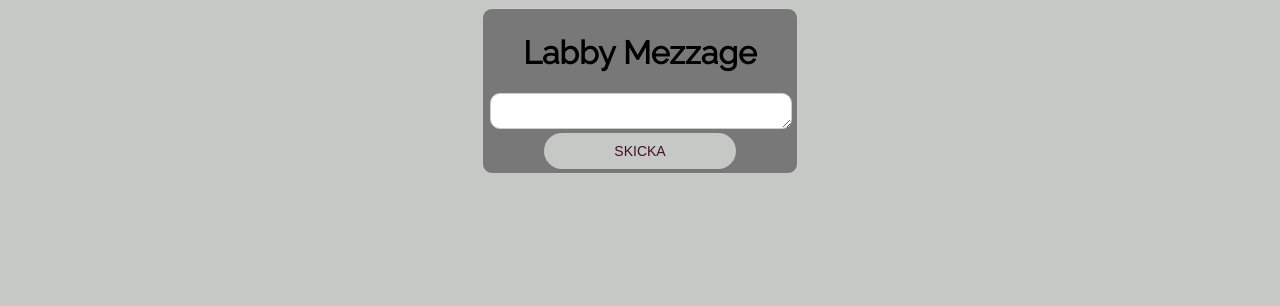
Repository: Angamanga/1dv403-laborationer
Page: 2-labbymezzage/index.html
The author's editor kept a record of every edit. The page is drawn from the files as they stood at one moment, then again after the next edit.
The browser window is 1280 px wide. The pictures show the whole page.
Some web fonts or font styles are not loaded; a fallback is used.

Above is the page before.

### 2-labbymezzage/index.html
<!doctype html>
<html lang="sv">

<head>
    <meta charset="utf-8" />
    <title>Labby mezzage</title>
    <link href='//fonts.googleapis.com/css?family=Londrina+Outline|Raleway:400' rel='stylesheet' type='text/css'>
    <link rel="stylesheet" media="screen and (min-width:501px)" href="css/style.css">
    <link rel="stylesheet" media="screen and (max-width:500px)" href="css/mobile.css">
    <meta name="viewport" content="width=device-width, minimum-scale=1">
    <script src="js/MessageBoard.js"></script>
    <script src="js/message.js"></script>
    <script src="js/script.js"></script>

    <title>Webbteknik 1, Laboration 2</title>
</head>
<body>
    <main>

        <div id="board1">
            <header>
                <h1>Labby Mezzage</h1>
            </header>
            <div class="container"></div>
            <p class="counter"></p>
            <textarea class="messageInput"></textarea>
            <input type="submit" class="submitMessage" value="Skicka" />
        </div>

    </main>
</body>
</html>

### 2-labbymezzage/css/style.css
/*@media screen and (min-width: 501px)*/
body {
    background: #C6C8C5;
    color: black;
    font-family: 'Raleway', sans-serif;
}

#board1, #board2 {
    width: 300px;
    margin: 0 auto;
    text-align: center;
     margin: 0 auto;
    background: #787878;
    border: 1px solid #ccc;
    -moz-border-radius: 10px;
    -webkit-border-radius: 10px;
    border-radius: 10px;
    padding: 4px 7px;
    outline: 0;
    -webkit-appearance: none;
}
.board h1{
   font-family: 'Londrina Outline', cursive;
}

.messageInput {
    width:290px;
    border: 1px solid #ccc;
    -moz-border-radius: 10px;
    -webkit-border-radius: 10px;
    border-radius: 10px;
    outline: 0;
    padding-left:5px;
    padding-right:5px;
    -webkit-appearance: none;
}
.messageInput:focus {
    border-color: #430F29;
}
.messages{
    position:relative;
    width:290px;
    min-height:30px;
     border: 1px #C6C8C5;
     background:white;
    -moz-border-radius: 10px;
    -webkit-border-radius: 10px;
    border-radius: 10px;
    margin:3px;
    outline: 0;
    -webkit-appearance: none;
    font-size:0.6em;
       }

.text {
text-align:left;
padding:0 30px 0 6px;
margin:0 4px 0 4px;
}
.time{
text-align:right;
padding:0 6px 6px 0;

}

.showDate{
    position:absolute;
    right:6px;
    top:6px;

}

.submitDelete{
position:absolute;
    right:20px;
    top:6px;

}
.counter{
    font-size:0.7em;
    padding:0;
    margin:0 0 0 185px;

}
.submitMessage{
background:#C6C8C5;
color:#430F29;
text-shadow:none;
border-radius:200px;
font-size:14px;
padding:10px 70px;
text-transform:uppercase;
border:0;
box-shadow: none;
text-shadow:none;

}
.submitMessage:hover{
    background:#4F504F;
}

### 2-labbymezzage/js/MessageBoard.js
"use strict";

function MessageBoard(boardnb){
    var messageInput = document.querySelector(".messageInput");
    var submitMessage = document.querySelector(".submitMessage");
    var message = document.querySelector(".message");
    var p = document.querySelector(".counter");
    this.messages = [];
    var that = this;
    this.init = function() {
      //funktion som skapar ett meddelande fran den inmatade texten samt haller reda pa hur manga meddelanden som skrivits
            function submit(){
                var txt = messageInput.value;
                var dte = new Date();
                var msg = new Message(txt, dte);
                that.messages.push(msg);
                p.innerHTML = "Antal meddelanden: " + that.messages.length;
                that.renderMessages();
                messageInput.value="";
                }
            //skapar ett meddelande da anvandaren trycker pa skriv
            submitMessage.addEventListener("click", function(e) {
              submit();
             });
            //skapar ett meddelande da anvandaren trycker enter och radbrytning da anvandaren trycker shift-enter
             messageInput.onkeypress = function(e, messageID){
             if(e.keyCode == 13 && !e.shiftKey){
              submit();
            }}
        };
        this.removeMessage=function(i){
        this.messages.splice(i,1);
            };
        this.renderMessages=function(){
                document.querySelector(".container").innerHTML="";
                for(var i=0;i<this.messages.length;++i){
                    this.renderMessage(i);
                }};
        this.renderMessage = function(messageID){
        //skapar div for ett meddelande med classname "messContainer"
        var container = document.querySelector(".container");
        var messContainer = document.createElement("div");
        messContainer.className = "messages";
        container.appendChild(messContainer);
        //skapar en p-tagg som ska innahalla texten
        var textP = document.createElement("p");
        textP.setAttribute("class","text");
        messContainer.appendChild(textP);
        textP.innerHTML = this.messages[messageID].getHTMLtext();
        //skapar en p-tagg som ska innehalla tiden
         var timeP = document.createElement("p");
        timeP.setAttribute("class","time");
        messContainer.appendChild(timeP);
        timeP.innerHTML = this.messages[messageID].getDate().toLocaleTimeString();
        //Skapar en lank och lagger till en bild som ska visa datum som en alertbox da man klickar pa bilden
        var linkTime=document.createElement("a");
        linkTime.setAttribute("src", "#");
        linkTime.setAttribute("class","showDate")
        var img1 = document.createElement("img");
        img1.setAttribute("src","pics/14.png");
        img1.setAttribute("alt","visa tid");
        messContainer.appendChild(linkTime);
        linkTime.appendChild(img1);
        var alertTime=this.messages[messageID].getDate();
        img1.onclick = function(){
        alert("Inlagget skapades den: " + alertTime);
            };
        //gor en lank och lagger till en bild som ska radera meddelandet om man klickar pa bilden
        var linkDelete=document.createElement("a");
        linkDelete.setAttribute("src", "#");
        linkDelete.setAttribute("class","submitDelete");
        var img2 = document.createElement("img");
        img2.setAttribute("src","pics/12.png");
        img2.setAttribute("alt","radera meddelande");
        messContainer.appendChild(linkDelete);
        linkDelete.appendChild(img2);
        //funktion som raderar meddelande
        img2.onclick = function(messageID){
        var a=window.confirm("VIll du verkligen radera meddelandet?");
                if(a===true){
        that.removeMessage(messageID);
        that.renderMessages();
        p.innerHTML = "Antal meddelanden: " + that.messages.length;
                }
              };
            };
}

### 2-labbymezzage/js/message.js
"use strict";

function Message(message, date){

	this.getText = function(){
		return message;
	}
	this.setText = function(_text){
		message = _text;
	}

	this.getDate = function(){
		return date;
	}
	this.setDate = function(_date){
		date = _date
	}
}

Message.prototype.toString = function() {
	return this.getText() + " (" + this.getDate() + " )";
};

Message.prototype.getHTMLtext = function() {
			return this.getText().replace(/\n/g, " <br> ");
};

### 2-labbymezzage/js/script.js
"use strict";

window.onload = function(){
    var board1 = new MessageBoard();
    console.log(board1);
    board1.init(board1);

    var board2 = new MessageBoard();
    console.log(board1);
    board2.init(board2);

};

### 2-labbymezzage/css/mobile.css
/*@media screen and (max-width: 500px)*/
/*@media screen and (min-width: 501px)*/
body {
    background: #C6C8C5;
    color: black;
    font-family: 'Raleway', sans-serif;
}

.board {
    width: 300px;
    margin: 0 auto;
    text-align: center;
    line-height: 1.8em;
    margin: 0 auto;
    background: #787878;
    border: 1px solid #ccc;
    -moz-border-radius: 10px;
    -webkit-border-radius: 10px;
    border-radius: 10px;
    padding: 4px 7px;
    outline: 0;
    -webkit-appearance: none;
}
.board h1{
   font-family: 'Londrina Outline', cursive;
}

.messageInput {
    width:290px;
    border: 1px solid #ccc;
    -moz-border-radius: 10px;
    -webkit-border-radius: 10px;
    border-radius: 10px;
     outline: 0;
    -webkit-appearance: none;
}
.messageInput:focus {
    border-color: #430F29;
}
.messages{
    width:290px;
     border: 1px #C6C8C5;
     background:white;
    -moz-border-radius: 10px;
    -webkit-border-radius: 10px;
    border-radius: 10px;
    margin:3px;
    outline: 0;
    -webkit-appearance: none;
    font-size:0.9em;
       }

.text {
float:left;
padding:0 4px 0 4px;
margin:0 4px 0 4px;
}
.time{
    float:right;
   padding:0 4px 0 4px;
margin:0 4px 0 4px;
}
a{

    display:inline-block;
}

.counter{
    font-size:0.7em;
    padding:0;
    margin:0 0 0 185px;

}
.submitMessage{
background:#C6C8C5;
color:#430F29;
text-shadow:none;
border-radius:200px;
font-size:14px;
padding:10px 70px;
text-transform:uppercase;
border:0;
box-shadow: none;
text-shadow:none;
}

After the next edit:
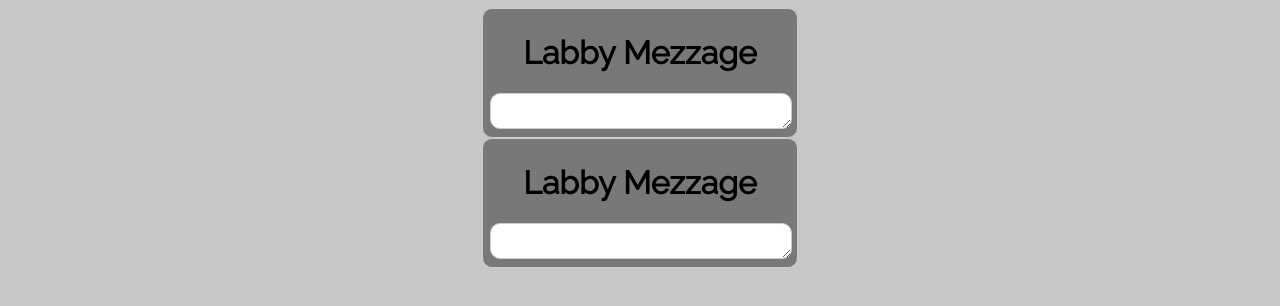
Console error: TypeError: Cannot read properties of null (reading 'addEventListener')
The edit:
--- a/2-labbymezzage/index.html
+++ b/2-labbymezzage/index.html
@@ -24,7 +24,14 @@
             <div class="container"></div>
             <p class="counter"></p>
             <textarea class="messageInput"></textarea>
-            <input type="submit" class="submitMessage" value="Skicka" />
+        </div>
+        <div id="board2">
+            <header>
+                <h1>Labby Mezzage</h1>
+            </header>
+            <div class="container"></div>
+            <p class="counter"></p>
+            <textarea class="messageInput"></textarea>
         </div>
 
     </main>
